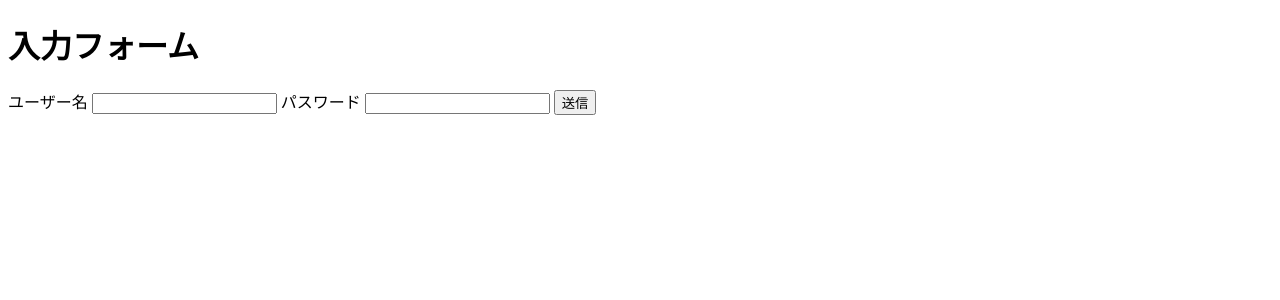
Repository: tt-nk/form-app
Page: http://localhost/signup
An editor plug-in stored every save of this project. The page is shown before and after the next save, followed by the edit.
The browser window is 1280 px wide. The pictures show the whole page.
The page is served by the project's application, run on Flask 3 (app.py).

Above is the page before, as saved 2021-12-14 15:46:19.

### templates/form.html
<!DOCTYPE html>
<html lang="en">

<head>
    <meta charset="UTF-8">
    <meta http-equiv="X-UA-Compatible" content="IE=edge">
    <meta name="viewport" content="width=device-width, initial-scale=1.0">
    <title>TestForm</title>
</head>

<body>
    <h1>入力フォーム</h1>
    <form method="POST" action="{{url_for('form')}}">
        {{form.csrf_token}}
        {{ form.username.label }}
        {{ form.username }}
        {{ form.password.label }}
        {{ form.password }}
        <input type="submit" value="送信">
    </form>

</body>

</html>

### app.py
import os
from flask import Flask, render_template
from flask_sqlalchemy import SQLAlchemy
from flask_login import UserMixin, LoginManager
from flask_wtf import FlaskForm
from wtforms import StringField, PasswordField
from wtforms.validators import InputRequired

app = Flask(__name__)
app.config['SQLALCHEMY_DATABASE_URI'] = 'sqlite:///form.db'
app.config['SQLALCHEMY_TRACK_MODIFICATIONS'] = False
app.config['SECRET_KEY'] = os.urandom(24)
db = SQLAlchemy(app)

"""login_manager = LoginManager()
login_manager.init_app(app)


class User(UserMixin, db.Model):
    id = db.Column(db.Integer, primary_key=True)
    username = db.Column(db.String(20), nullable=False, unique=True)
    password = db.Column(db.String(20))"""


class LoginForm(FlaskForm):
    username = StringField('ユーザー名', validators=[InputRequired()])
    password = PasswordField('パスワード')


@app.route('/signup', methods=['GET', 'POST'])
def form():
    form = LoginForm()
    return render_template('form.html', form=form)


if __name__ == '__main__':
    app.run(debug=True)

After the next save:
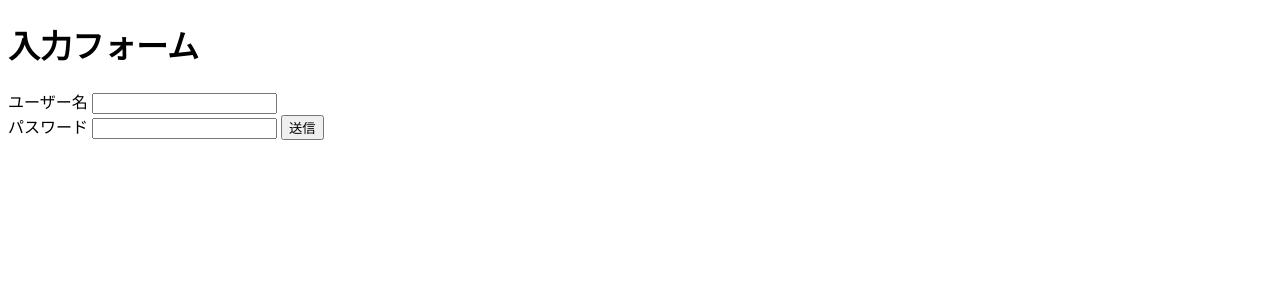
Saved 7 min 7 s later.
--- a/templates/form.html
+++ b/templates/form.html
@@ -14,6 +14,11 @@
         {{form.csrf_token}}
         {{ form.username.label }}
         {{ form.username }}
+        <div>
+            {% for error in form.username.errors %}
+            <span style="color:yellow;">{{error}}</span>
+            {% endfor %}
+        </div>
         {{ form.password.label }}
         {{ form.password }}
         <input type="submit" value="送信">
